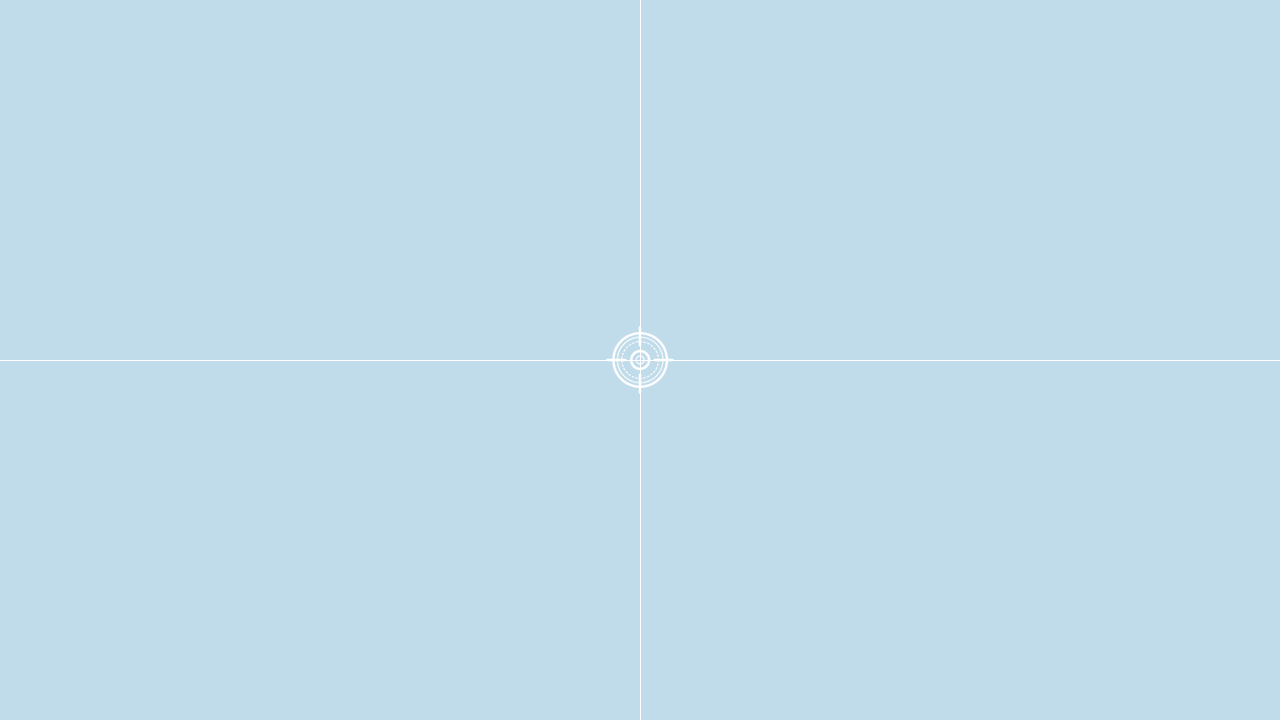
Repository: sephinejo/frontend-browser-101
Page: browser/practice-coordinates/index.html
The author's editor kept a copy of each file at every save. The page is drawn from the files as they stood at one save, then again after the next save.
The browser window is 1280 px wide. The pictures show the whole page.
Some web fonts or font styles are not loaded; a fallback is used.

Above is the page before, as saved 2023-05-11 10:16:12.

### browser/practice-coordinates/index.html
<!DOCTYPE html>
<html lang="en">
  <head>
    <meta charset="UTF-8" />
    <meta name="viewport" content="width=device-width, initial-scale=1.0" />
    <title>Coordinates</title>
    <script src="main.js" defer></script>
    <link rel="stylesheet" href="style.css" />
  </head>
  <body>
    <div class="line horizontal"></div>
    <div class="line vertical"></div>
    <img class="target" src="img/target.png" alt="target" />
    <span class="tag"></span>
  </body>
</html>

### browser/practice-coordinates/main.js
const vertical = document.querySelector('.vertical');
const horizontal = document.querySelector('.horizontal');
const target = document.querySelector('.target');
const tag = document.querySelector('.tag');

document.addEventListener('mousemove', (event) => {
  const x = event.clientX;
  const y = event.clientY;
  console.log(x, y);

  vertical.style.transform = `translate(${x}px)`;
  horizontal.style.transform = `translate(${y})`;
  vertical.style.left = `${x}px`;
  horizontal.style.top = `${y}px`;

  target.style.left = `${x}px`;
  target.style.top = `${y}px`;
  tag.style.left = `${x}px`;
  tag.style.top = `${y}px`;
  tag.innerHTML = `${x}px, ${y}px`;
});

### browser/practice-coordinates/style.css
@import url('https://fonts.googleapis.com/css2?family=Alice&display=swap');

body {
  margin: 0;
  background-color: #c0dbea;
}

.line {
  position: absolute;
  background-color: white;
}

.horizontal {
  width: 100%;
  height: 1px;
  top: 50%;
}

.vertical {
  width: 1px;
  height: 100%;
  left: 50%;
}

.target {
  position: absolute;
  top: 50%;
  left: 50%;
  transform: translate(-50%, -50%);
}

.tag {
  position: absolute;
  color: white;
  top: 50%;
  left: 50%;
  transform: translate(20px, 20px);
  font-size: 30px;
  font-family: Alice;
}

After the next save:
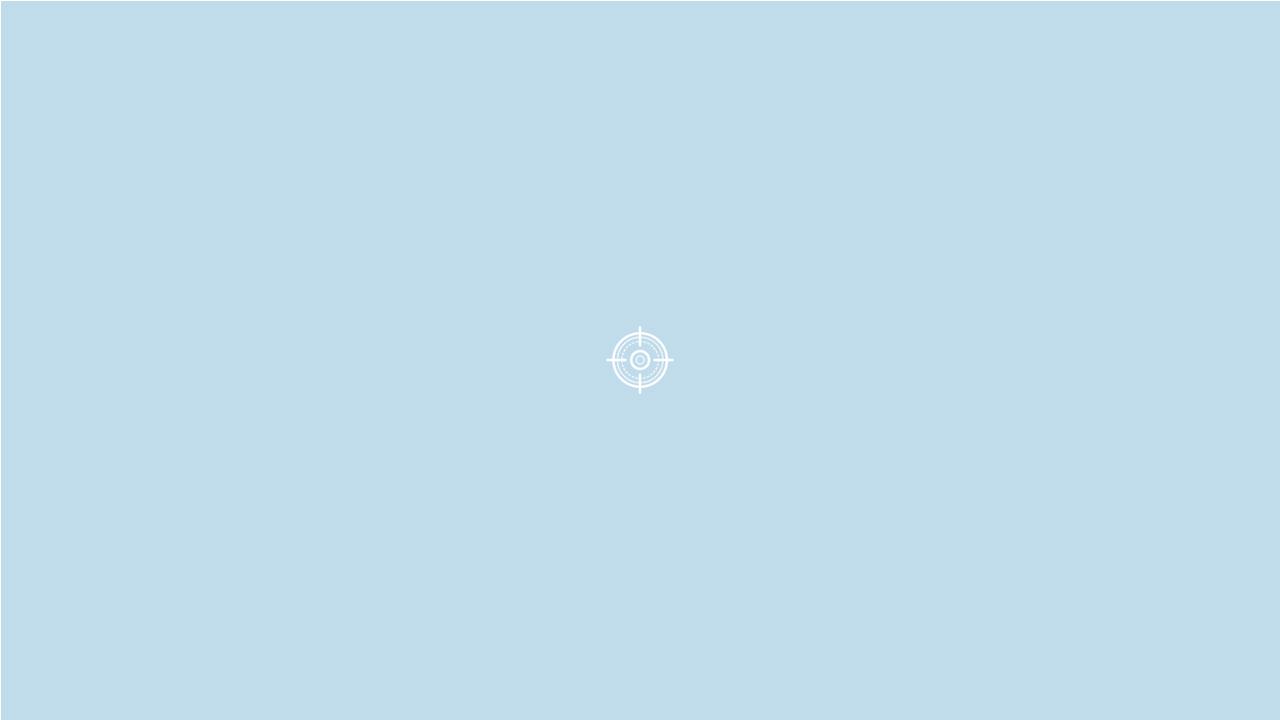
Saved 20 s later.
--- a/browser/practice-coordinates/style.css
+++ b/browser/practice-coordinates/style.css
@@ -13,13 +13,11 @@ body {
 .horizontal {
   width: 100%;
   height: 1px;
-  top: 50%;
 }
 
 .vertical {
   width: 1px;
   height: 100%;
-  left: 50%;
 }
 
 .target {
